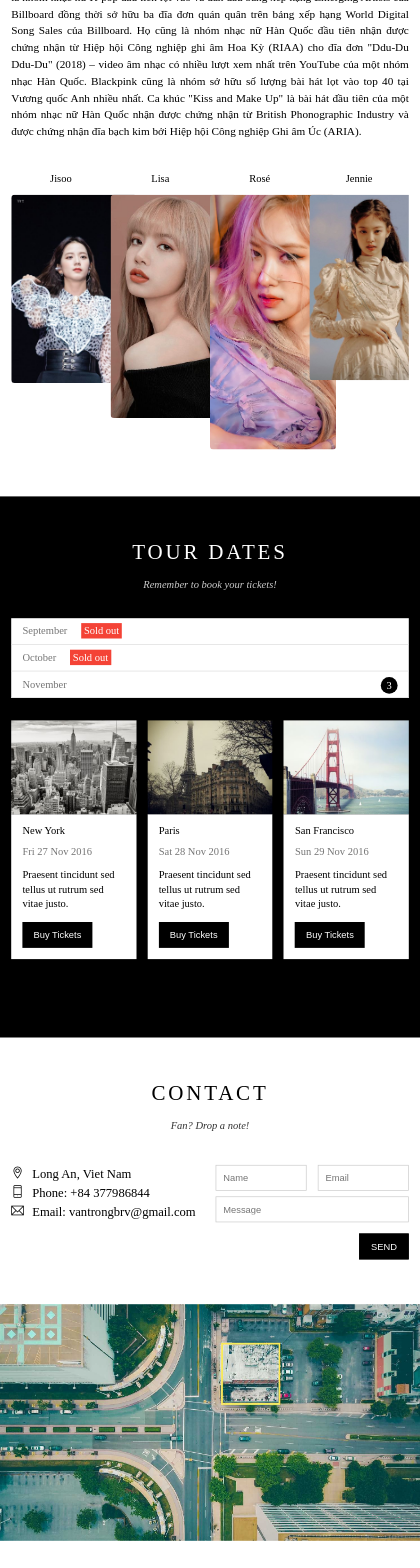
Repository: vanntrong/w3_band
Page: index.html
The author's editor kept a copy of each file at every save. The page is drawn from the files as they stood at one save, then again after the next save.
The browser window is 600 px wide. The pictures show the part of the page from y = 713 to 2953 px (the page is 3102 px tall before and 4054 px after), at 70% of full size.

Above is the page before, as saved 2021-08-27 19:58:07.

After the next save:
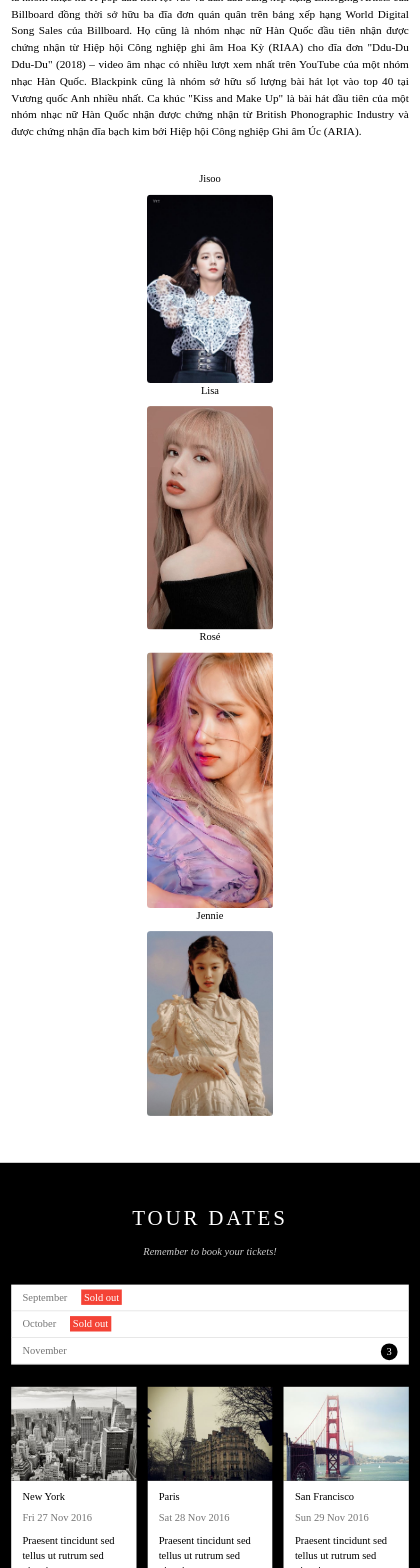
Saved 4 min 46 s later.
--- a/assest/css/responsive.css
+++ b/assest/css/responsive.css
@@ -32,4 +32,8 @@
   #header .mobile-menu-btn {
     display: block;
   }
+
+  #content .member-item {
+    width: 100%;
+  }
 }
